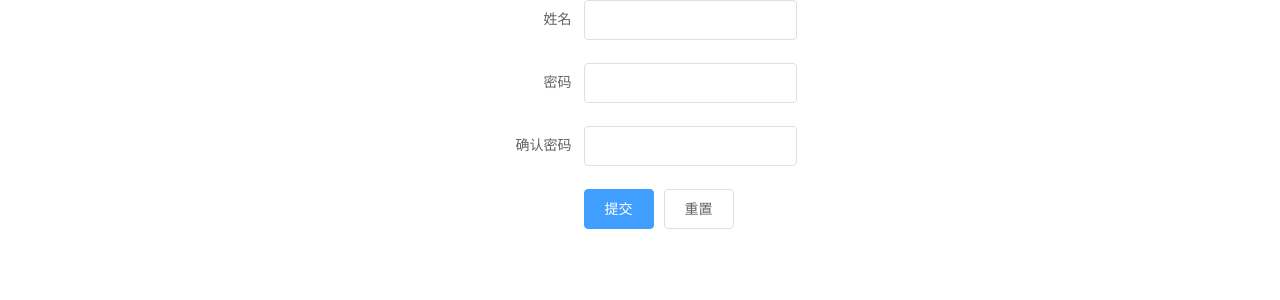
Repository: jinggegeZ/cnode
Page: /login
The author's editor kept a copy of each file at every save. The page is drawn from the files as they stood at one save, then again after the next save.
The browser window is 1280 px wide. The pictures show the whole page.
The project was rebuilt for these pictures with package versions that can differ from the ones it lists, and the page was loaded fresh each time. Also part of the build but not shown: src/views/Home.vue, src/components/top/top.vue, src/components/right/right.vue, src/components/below/below.vue, src/views/layout1/layout.vue.

Above is the page before, as saved 2020-06-05 17:23:05.

After the next save:
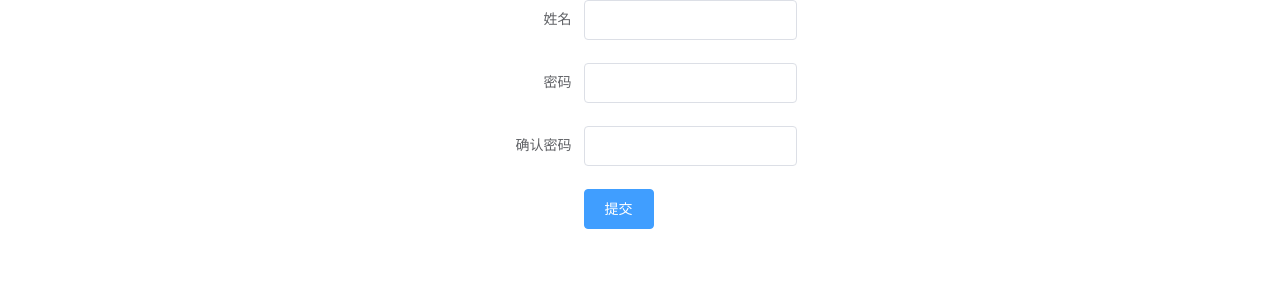
Saved 92 s later.
--- a/src/views/login/login.vue
+++ b/src/views/login/login.vue
@@ -13,7 +13,7 @@
         </el-form-item>
         <el-form-item>
     <el-button type="primary" @click="submitForm">提交</el-button>
-    <el-button @click="resetForm('ruleForm')">重置</el-button>
+
   </el-form-item>
 </el-form>
     </div>
